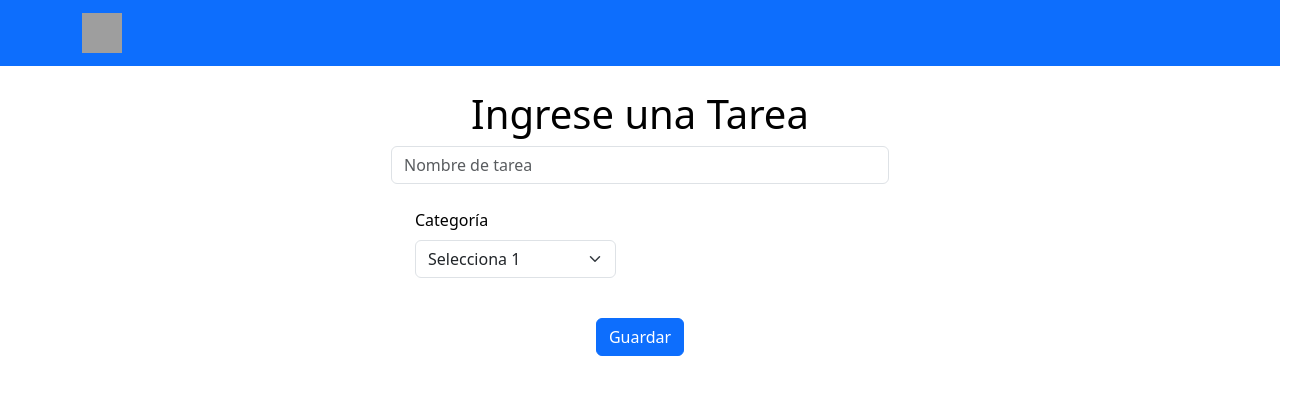
Repository: mgarrido0gb/registroTareas
Page: http://localhost/Tareas/Home
An editor plug-in stored every save of this project. The page is shown before and after the next save, followed by the edit.
The browser window is 1280 px wide. The page is 1292 px wide, so the pictures cover 1292 px, including what lies to the right of the window. The pictures show the whole page.
Pictures or frames that could not be fetched are drawn as grey boxes. The page is served by Tomcat 10. Other server files are loaded and not shown. Queries for data that is not in the repository find no rows.

Above is the page before, as saved 2024-05-21 20:46:20.

### Tareas/src/main/webapp/WEB-INF/home.jsp
<%@page import="models.Categoria"%>
<%@page import="models.Tarea"%>
<%@ page language="java" contentType="text/html; charset=ISO-8859-1"
    pageEncoding="ISO-8859-1" import="java.util.ArrayList" import="models.Tarea" import="models.Categoria"%>
<!doctype html>
<html lang="en">
  <head>
    <meta charset="utf-8">
    <meta name="viewport" content="width=device-width, initial-scale=1">
    <title>Registro Tareas</title>
    <link href="https://cdn.jsdelivr.net/npm/bootstrap@5.3.3/dist/css/bootstrap.min.css" rel="stylesheet" integrity="sha384-QWTKZyjpPEjISv5WaRU9OFeRpok6YctnYmDr5pNlyT2bRjXh0JMhjY6hW+ALEwIH" crossorigin="anonymous">
    <style type="text/css">
    	body{
    		background-color: white;
    		color: black;
    	}

    	li{
    		color: black;
    	}

    	.logotipo{
    		width: 30px;
    		height: 30px;
    	}






    </style>

  </head>
  <body>
  	<nav class="navbar bg-primary" id="nav">
  		<div class="container">
    		<a class="navbar-brand" href="#">
      			<img src="https://cdn-icons-png.flaticon.com/512/181/181627.png"  width="40" height="40">
    		</a>
  		</div>
	</nav>
    <% ArrayList<Categoria> cats = (ArrayList<Categoria>)request.getAttribute("cats"); %>
    <div class="container">
    	<div class="row justify-content-center">
        	<div class="col-12 col-md-9 col-lg-6">
            	<form action="/Tareas/Home" method="post">
                	<div class="p-4">
                    	<h1 class="text-center">Ingrese una Tarea</h1>
                    	<div class="form-group">
                        	<input class="form-control" placeholder="Nombre de tarea" name="texto" type="text" required>
                    	</div>
                    	<div class="p-4 col-md-9 col-lg-6">
              				<label for="exampleInputPassword1" class="form-label">Categoría</label>
              				<select class="form-select" name="categoria_id" required>
                				<option selected value>Selecciona 1</option>
                					<% for (Categoria c: cats) { %>
                						<option value="<%=c.id %>"><%=c.nombre %></option>
                					<% } %>
              				</select>
     					</div>
                    	<div class="text-center mt-3">
                        	<input type="submit" value="Guardar" class="btn btn-primary" onclick="mensaje()">
                    	</div>
                	</div>

            	</form>
        	</div>
    	</div>
	</div>






   <div class="row">
   		<div class="col-6 offset-3 d-block m-auto m-0 p-2 col-md-3">
   			 <%
    			ArrayList<Tarea> tareas = (ArrayList<Tarea>)request.getAttribute("tareas");
    		%>

    			<% for (Tarea t: tareas) { %>
    				<ul class="list-group text-center">
    					<li <% if (t.completada == true){ %>class="text-decoration-line-through text-danger"<% } %> class="list-group-item text-center">
    		 				<%=t.texto %> (creada en: <%=t.fecha %>)
    		 				<a href="/Tareas/CheckearTarea?id=<%=t.id%>"><img src="https://img.icons8.com/?size=48&id=sz8cPVwzLrMP&format=png" class="logotipo" onclick="check()" ></img></a>
    		 				<a href="/Tareas/GestionTarea?id=<%=t.id%>"><img src="https://img.icons8.com/?size=48&id=pre7LivdxKxJ&format=png" class="logotipo" onclick="eliminar()"></img></a>
    					</li>
    				<br>
    			<%}%>
    		</ul>

   		</div>
   </div>


   <script type="text/javascript">


   	function mensaje(){
   		alert("Tarea Agregada con éxito");
   	}

   	function eliminar(){
   		alert("Tarea eliminada con éxito");
   	}

   	function check(){
   		alert("Tarea Realizada con éxito");
   	}

   </script>
    <script src="https://cdn.jsdelivr.net/npm/bootstrap@5.3.3/dist/js/bootstrap.bundle.min.js" integrity="sha384-YvpcrYf0tY3lHB60NNkmXc5s9fDVZLESaAA55NDzOxhy9GkcIdslK1eN7N6jIeHz" crossorigin="anonymous"></script>
  </body>
</html>

### Tareas/src/main/java/servlets/Home.java
package servlets;

import jakarta.servlet.RequestDispatcher;
import jakarta.servlet.ServletException;
import jakarta.servlet.annotation.WebServlet;
import jakarta.servlet.http.HttpServlet;
import jakarta.servlet.http.HttpServletRequest;
import jakarta.servlet.http.HttpServletResponse;
import models.Categoria;
import models.Tarea;

import java.io.IOException;
import java.sql.SQLException;
import java.util.ArrayList;

import daos.CategoriaDao;
import daos.TareaDao;


/**
 * Servlet implementation class Home
 */
public class Home extends HttpServlet {
	private static final long serialVersionUID = 1L;

    /**
     * Default constructor.
     */
    public Home() {
        // TODO Auto-generated constructor stub
    }

	/**
	 * @throws IOException
	 * @throws ServletException
	 * @see HttpServlet#doGet(HttpServletRequest request, HttpServletResponse response)
	 */
	protected void doGet(HttpServletRequest request, HttpServletResponse response) throws ServletException, IOException  {
		// TODO Auto-generated method stub
		try {
			ArrayList<Tarea> tareas = TareaDao.getAll();
			System.out.println(tareas);
			request.setAttribute("tareas", tareas);

			ArrayList<Categoria> cats = CategoriaDao.getAll();
			request.setAttribute("cats", cats);
		} catch(SQLException e) {
			System.out.println(e);
		}


		// 2. Cargamos el JSP
		RequestDispatcher vista = request.getRequestDispatcher("WEB-INF/home.jsp");
		vista.forward(request, response);
	}

	/**
	 * @see HttpServlet#doPost(HttpServletRequest request, HttpServletResponse response)
	 */
	protected void doPost(HttpServletRequest request, HttpServletResponse response) throws ServletException, IOException {
		// TODO Auto-generated method stub
		String textoNuevaTarea = request.getParameter("texto");
		try {
			TareaDao.addNew(textoNuevaTarea);

		} catch (SQLException e) {
			// TODO Auto-generated catch block
			e.printStackTrace();
		}


		response.sendRedirect("/Tareas/Home");
	}

}

### Tareas/src/main/java/daos/TareaDao.java
package daos;

import java.sql.Connection;
import java.sql.PreparedStatement;
import java.sql.ResultSet;
import java.sql.SQLException;
import java.sql.Statement;
import java.util.ArrayList;

import models.Categoria;
import models.MyConn;
import models.Tarea;

public class TareaDao {

	static public void addNew(String textoNuevaTarea) throws SQLException {
		//1.-  nueva conexion
		Connection conn = MyConn.getConnection();
		//2.- consulta
		PreparedStatement consulta =conn.prepareStatement("INSERT INTO TAREAS (texto) values(?)");
		consulta.setString(1, textoNuevaTarea);
		consulta.execute();
	}

	static public void deleteById (int idTarea) throws SQLException {
		// 1. Pedimos una conexion nueva
		Connection conn = MyConn.getConnection();
		// 2. Creamos la consulta
		PreparedStatement stmt = conn.prepareStatement(
			"delete from tareas where id=?"
		);
		stmt.setInt(1, idTarea);
		// 3. Ejecutar la stmt
		stmt.executeUpdate();
	  }

	static public void checkById (int idTarea) throws SQLException {
		// 1. Pedimos una conexion nueva
		Connection conn = MyConn.getConnection();
		// 2. Creamos la consulta
		PreparedStatement stmt = conn.prepareStatement(
			"update tareas set completada = true where id = ?"
		);
		stmt.setInt(1, idTarea);
		// 3. Ejecutar la stmt
		stmt.executeUpdate();
	  }





	static public ArrayList<String> get_textos () throws SQLException {
		// 1. Creamos un ArrayList vacío
		ArrayList<String> textos = new ArrayList<String>();
		// 2. Pedimos una conección nueva
		Connection conn = MyConn.getConnection();
		// 3. Creamos y ejecutamos la consulta
		Statement consulta = conn.createStatement();
		ResultSet respuesta = consulta.executeQuery("select * from tareas");

		// 4. Vamos llenando el ArrayList con lo que tenga la respuesta
		while (respuesta.next()) {
		  textos.add( respuesta.getString("texto") );
		}
		// 5. Retornamos el ArrayList, ahora lleno
		return textos;
	  }



	static public ArrayList<Tarea> getAll () throws SQLException {
		// 1. Creamos un ArrayList vacío
		ArrayList<Tarea> tareas = new ArrayList<Tarea>();
		// 2. Pedimos una conección nueva
		Connection conn = MyConn.getConnection();
		// 3. Creamos y ejecutamos la consulta
		Statement consulta = conn.createStatement();
		ResultSet respuesta = consulta.executeQuery("select * from tareas");

		// 4. Vamos llenando el ArrayList con lo que tenga la respuesta
		while (respuesta.next()) {
			Tarea t = new Tarea(
					respuesta.getInt("id"),
					respuesta.getString("texto"),
					respuesta.getBoolean("completada"),
					respuesta.getDate("fecha")

			);
		  tareas.add(t);
		}
		return tareas;
	  }
}

### Tareas/src/main/java/models/MyConn.java
package models;

import java.sql.Connection;
import java.sql.DriverManager;
import java.sql.SQLException;

public class MyConn {
	static final String URL = "jdbc:postgresql://localhost/ejemplo_dao";
	static final String USER = "postgres";
	static final String PASSWORD = "12345";
	static final String DRIVER = "org.postgresql.Driver";

	static public Connection conn = null;

    static public Connection getConnection () {
      if (conn != null) {
        return conn;
      }
      try {
    	Class.forName(DRIVER);
    	conn = (Connection) DriverManager.getConnection(URL, USER, PASSWORD);
      }
      catch (ClassNotFoundException | SQLException e) {
    	e.printStackTrace();
      }
      return conn;
    }
}

### Tareas/src/main/java/daos/CategoriaDao.java
package daos;

import java.sql.Connection;
import java.sql.ResultSet;
import java.sql.SQLException;
import java.sql.Statement;
import java.util.ArrayList;

import models.Categoria;
import models.MyConn;


public class CategoriaDao {
	static public ArrayList<Categoria> getAll () throws SQLException {
		// 1. Creamos un ArrayList vacío
				ArrayList<Categoria> categorias = new ArrayList<Categoria>();
				// 2. Pedimos una conección nueva
				Connection conn = MyConn.getConnection();
				// 3. Creamos y ejecutamos la consulta
				Statement consulta = conn.createStatement();
				ResultSet respuesta = consulta.executeQuery("select * from categorias order by id");

				// 4. Vamos llenando el ArrayList con lo que tenga la respuesta
				while (respuesta.next()) {
				  Categoria t = new Categoria(
					respuesta.getInt("id"),
					respuesta.getString("nombre")
				  );
				  categorias.add( t );
				}
			  // 5. Retornamos el ArrayList, ahora lleno
			  return categorias;
}}

After the next save:
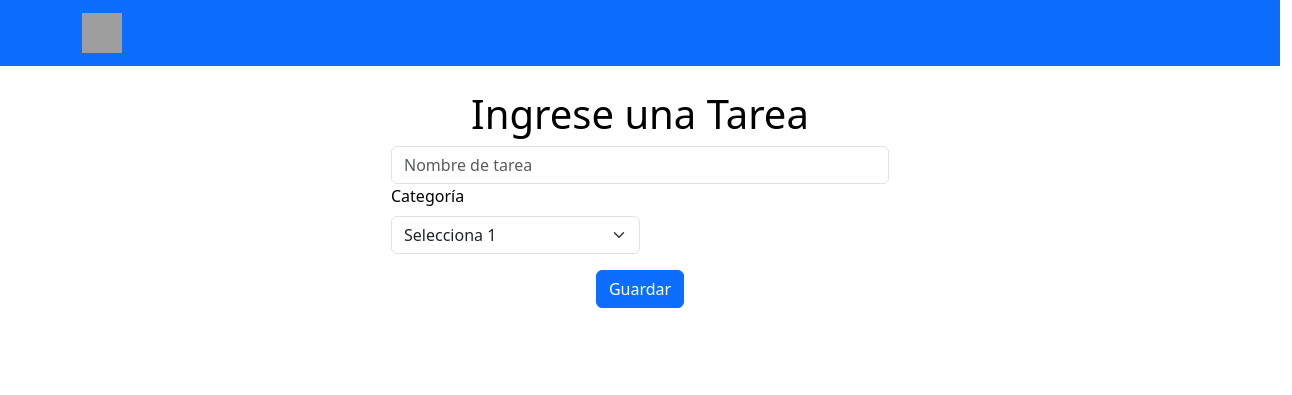
Saved 21 s later.
--- a/Tareas/src/main/webapp/WEB-INF/home.jsp
+++ b/Tareas/src/main/webapp/WEB-INF/home.jsp
@@ -50,7 +50,7 @@
                     	<div class="form-group">
                         	<input class="form-control" placeholder="Nombre de tarea" name="texto" type="text" required>
                     	</div>
-                    	<div class="p-4 col-md-9 col-lg-6">
+                    	<div class="col-12 col-md-9 col-lg-6">
               				<label for="exampleInputPassword1" class="form-label">Categoría</label>
               				<select class="form-select" name="categoria_id" required>
                 				<option selected value>Selecciona 1</option>
